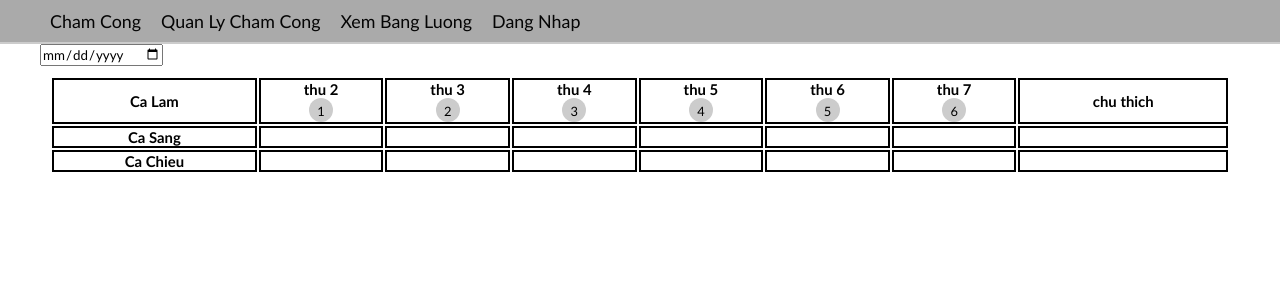
Repository: LDDUNG2003/a
Page: index.html
The author's editor kept a copy of each file at every save. The page is drawn from the files as they stood at one save, then again after the next save.
The browser window is 1280 px wide. The pictures show the whole page.

Above is the page before, as saved 2023-10-14 20:25:11.

### index.html
<!DOCTYPE html>
<html lang="en">

<head>
    <meta charset="UTF-8">
    <meta name="viewport" content="width=device-width, initial-scale=1.0">
    <title>trang chu</title>
    <link rel="stylesheet" href="./controlView/css/base.css">
    <link rel="stylesheet" href="./controlView/css/index.css">
</head>

<body>
    <div class="main">
        <!-- start header -->
        <header class="app__header">
            <nav class="navBar">
                <ul class="navBar-list">
                    <li class="navBar--items"><a href="" class="navbar--link">Cham cong</a></li>
                    <li class="navBar--items"><a href="" class="navbar--link">Quan ly cham cong</a></li>
                    <li class="navBar--items">
                        <a href="" class="navbar--link">Xem bang luong</a></li>
                    <!-- login  -->
                    <li class="navBar--items">
                        <a href="./login.html" class="navbar--link">dang nhap</a></li>
                    <!-- admin menu -->
                    <!-- <li class="navBar--items">
                        admin
                        <ul class="account-list">
                            <li class="account--item"><a href="" class="navbar--link">admin</a></li>
                            <li class="account--item"><a href="" class="navbar--link">quan li nhan su</a></li>
                            <li class="account--item"><a href="" class="navbar--link">dang xuat</a></li>
                        </ul>
                    </li> -->
                    <!-- personnel menu -->
                    <!-- <li class="navBar--items">
                        account name
                        <ul class="account-list">
                            <li class="account--item"><a href="" class="navbar--link">cai dat tai khoan</a></li>
                            <li class="account--item"><a href="" class="navbar--link">dang ki ca lam</a></li>
                            <li class="account--item"><a href="" class="navbar--link">dang xuat</a></li>
                        </ul>
                    </li> -->
                </ul>
            </nav>
        </header>
        <!-- end header -->

        <!-- start content -->
        <div class="app__content">
            <div class="content-date--show">
                <div class="date-show">
                    <input type="date" name="" id="">
                </div>
            </div>
            <table class="content-table">
                <tr class="table--row">
                    <th class="table--item-impotain">Ca Lam</th>
                    <th class="table--item">thu 2
                        <span class="table-date--item">1</span>
                    </th>
                    <th class="table--item">thu 3
                        <span class="table-date--item">2</span>
                    </th>
                    <th class="table--item">thu 4
                        <span class="table-date--item">3</span>
                    </th>
                    <th class="table--item">thu 5
                        <span class="table-date--item">4</span>
                    </th>
                    <th class="table--item">thu 6
                        <span class="table-date--item">5</span>
                    </th>
                    <th class="table--item">thu 7
                        <span class="table-date--item">6</span>
                    </th>
                    <th class="table--item">chu thich</th>
                </tr>
                <tr class="table--row">
                    <th class="table--item-impotain">Ca sang</th>
                    <th class="table--item"></th>
                    <th class="table--item"></th>
                    <th class="table--item"></th>
                    <th class="table--item"></th>
                    <th class="table--item"></th>
                    <th class="table--item"></th>
                    <th class="table--item"></th>
                </tr>
                <tr class="table--row">
                    <th class="table--item-impotain">Ca chieu</th>
                    <th class="table--item"></th>
                    <th class="table--item"></th>
                    <th class="table--item"></th>
                    <th class="table--item"></th>
                    <th class="table--item"></th>
                    <th class="table--item"></th>
                    <th class="table--item"></th>
                </tr>
            </table>
        </div>
        <!-- end content -->
    </div>
</body>

</html>

### controlView/css/base.css
:root {
    --primary-color: #0066cc;
    --text-color: #040404;
}

* {
    padding: 0px;
    margin: 0px;
    font-family: 'Trebuchet MS', 'Lucida Sans Unicode', 'Lucida Grande', 'Lucida Sans', Arial, sans-serif;
}

html,
body {
    font-size: 0.62rem;
}

.main {}

.app__header {
    width: 100%;
    border-bottom: solid 2px #ccc;
    background-color: #aaaaaa;
}

.navBar {
    width: 100%;
    max-width: 1200px;
    margin: auto;
    cursor: pointer;
}

.navBar-list {
    display: flex;
    list-style: none;
}

.navBar--items {
    padding: 10px 10px;
    font-size: 1.8rem;
    position: relative;
    text-transform: capitalize;
    color: var(--text-color);
}

.navBar--items::after {
    content: '';
    padding-top: 5px;
    top: 80%;
    left: 10px;
    display: none;
    /* width: 0px; */
    background-color: var(--primary-color);
    position: absolute;
    width: 70px;
}

.navBar--items:hover .navBar--items::after {
    display: block;
}

.navbar--link {
    text-decoration: none;
    color: inherit;
}

.account-list {
    position: absolute;
    width: 150px;
    display: none;
    list-style: none;
    padding: 4px;
    color: var(--text-color);
    top: 100%;
    left: 0px;
    box-shadow: #414141;
    background-color: white;
}

.navBar--items:hover .account-list {
    display: block;
}

.account--item {
    padding: 5px 0px;
    border-bottom: solid 1px #ccc;
}

### controlView/css/index.css
.app__content {
    width: 100%;
    max-width: 1200px;
    margin: auto;
}

.content-table {
    padding: 10px;
    width: 100%;
    font-size: 1.5rem;
}

.table--row {}

.table--item {
    border: solid 2px #000;
    align-items: center;
}

.table--item-impotain {
    border: solid 2px #000;
    text-transform: capitalize;
}

.table-date--item {
    display: block;
    font-weight: 300;
    background-color: #ccc;
    font-size: 1.3rem;
    width: 14px;
    height: 14px;
    padding: 5px;
    border-radius: 50%;
    margin: auto;
}

After the next save:
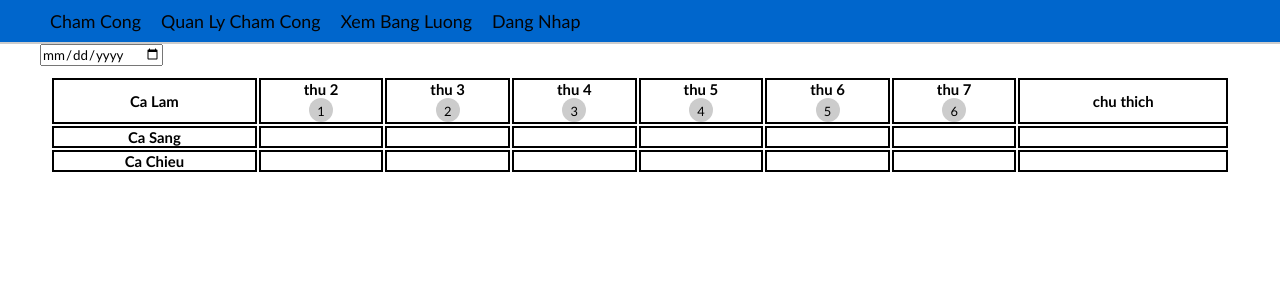
Saved 3 min 30 s later.
--- a/controlView/css/base.css
+++ b/controlView/css/base.css
@@ -19,7 +19,7 @@ body {
 .app__header {
     width: 100%;
     border-bottom: solid 2px #ccc;
-    background-color: #aaaaaa;
+    background-color: var(--primary-color);
 }
 
 .navBar {
